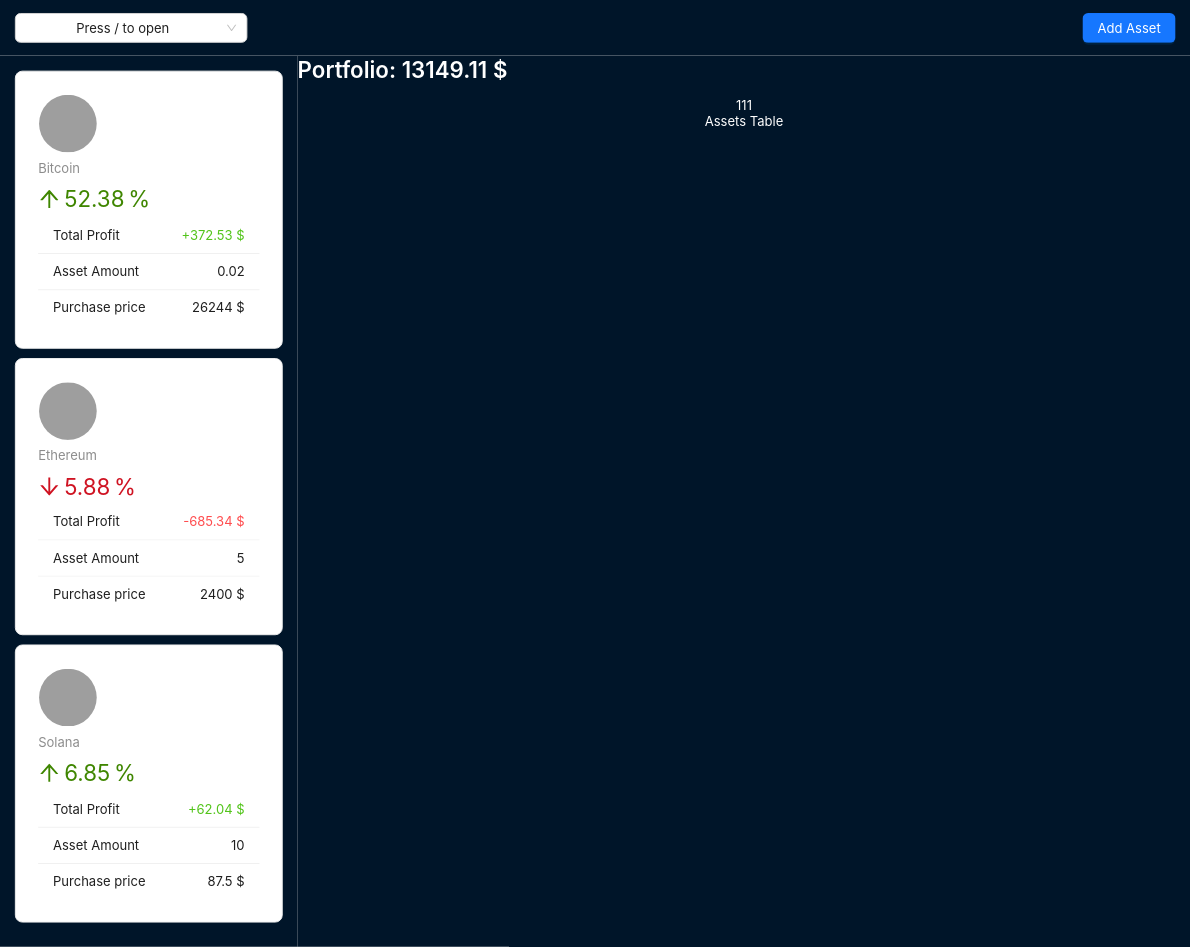
Repository: Vadia23/React-Crypto-App
Page: /
An editor plug-in stored every save of this project. The page is shown before and after the next save, followed by the edit.
The browser window is 1280 px wide. The pictures show the whole page, at 93% of full size.
Pictures or frames that could not be fetched are drawn as grey boxes. The project was rebuilt for these pictures with package versions that can differ from the ones it lists, and the page was loaded fresh each time. Also part of the build but not shown: vite.config.js, src/components/CoinInfo.jsx, src/components/CoinInfoModal.jsx, src/components/AddAssetForm.jsx, src/components/layout/AppConten.jsx.

Above is the page before, as saved 2024-02-28 16:56:19.

### src/App.jsx
import { Layout } from "antd";
import AppHeader from "./components/layout/AppHeader";
import AppSider from "./components/layout/AppSider";
import AppContent from "./components/layout/AppConten";
import { CryptoContextProvider } from "./context/cryptoContext";
import AppLayout from "./components/layout/AppLayout";

export default function App() {
  return (
    <CryptoContextProvider>
      <AppLayout />
    </CryptoContextProvider>
  );
}

### src/components/layout/AppHeader.jsx
import { Button, Layout, Modal, Select, Space, Drawer } from "antd";
import { useCrypto } from "../../context/cryptoContext";
import { useEffect, useState } from "react";
import CoinInfoModal from "../CoinInfoModal";
import AddAssetForm from "../AddAssetForm";

const headerStyle = {
  textAlign: "center",
  color: "#fff",
  height: 60,
  width: "100%",
  padding: "1rem",
  display: "flex",
  justifyContent: "space-between",
  alignItems: "center",
};

export default function AppHeader() {
  const [select, setSelect] = useState(false);
  const [modal, setModal] = useState(false);
  const [drawer, setDrawer] = useState(false);
  const [coin, setCoin] = useState(null);
  const { crypto } = useCrypto();

  function handleSelect(value) {
    setModal(true);
    setCoin(crypto.find((c) => c.id === value));
    // const coin = crypto.findIndex((coin) => coin.id === value);
    // setCoin(crypto[coin]);
  }

  useEffect(() => {
    const keypress = (event) => {
      if (event.key === "/") {
        setSelect((prev) => !prev);
      }
    };

    document.addEventListener("keypress", keypress);
    return () => document.removeEventListener("keypress", keypress);
  }, []);

  return (
    <Layout.Header style={headerStyle}>
      <Select
        open={select}
        // mode="multiple"
        style={{ width: 250 }}
        onClick={() => setSelect((prev) => !prev)}
        value={"Press / to open"}
        onSelect={handleSelect}
        // optionLabelProp="label"
        options={crypto.map((coin) => ({
          label: coin.name,
          value: coin.id,
          icon: coin.icon,
        }))}
        optionRender={(option) => (
          <Space>
            <img
              style={{ width: 20 }}
              src={option.data.icon}
              alt={option.data.label}
            />{" "}
            {option.data.label}
          </Space>
        )}
      />
      <Button type="primary" onClick={() => setDrawer(true)}>
        Add Asset
      </Button>

      <Modal
        open={modal}
        onCancel={() => {
          setModal(false), setCoin(null);
        }}
        footer={null}
      >
        <CoinInfoModal coin={coin} />
      </Modal>

      <Drawer
        width={"40%"}
        title="Add Asset"
        onClose={() => setDrawer(false)}
        open={drawer}
        destroyOnClose
      >
        <AddAssetForm onClose={() => setDrawer(false)} />
      </Drawer>
    </Layout.Header>
  );
}

### src/components/layout/AppSider.jsx
import { Avatar, Card, Layout, List, Statistic, Typography } from "antd";
import { ArrowDownOutlined, ArrowUpOutlined } from "@ant-design/icons";
import { useContext } from "react";
import { capitalize } from "../../utils";
import CryptoContext from "../../context/cryptoContext";

export default function AppSider() {
  const { assets } = useContext(CryptoContext);

  return (
    <Layout.Sider width="25%" style={{ padding: "1rem" }}>
      {assets.map((asset, i) => (
        <Card key={i} style={{ marginBottom: "10px" }}>
          <Avatar size={64} src={asset.icon} style={{ marginBottom: "5px" }} />
          <Statistic
            title={capitalize(asset.id)}
            value={asset.growPercent}
            precision={2}
            valueStyle={{ color: asset.grow ? "#3f8600" : "#cf1322" }}
            prefix={asset.grow ? <ArrowUpOutlined /> : <ArrowDownOutlined />}
            suffix="%"
          />
          <List
            size="small"
            dataSource={[
              {
                title: "Total Profit",
                value: (
                  <Typography.Text type={asset.grow ? "success" : "danger"}>
                    {asset.grow
                      ? "+" + asset.totalProfit + " $"
                      : asset.totalProfit + " $"}
                  </Typography.Text>
                ),
              },
              { title: "Asset Amount", value: asset.amount },
              { title: "Purchase price", value: asset.price + " $" },
            ]}
            renderItem={(item) => (
              <List.Item>
                <span>{item.title}</span>
                {}
                <span>{item.value}</span>
              </List.Item>
            )}
          />
        </Card>
      ))}
    </Layout.Sider>
  );
}

### src/context/cryptoContext.jsx
import { createContext, useContext, useEffect, useState } from "react";
import { fakeFetchCrypto, fetchAssets } from "../api";
import { percentDifference } from "../utils";

const CryptoContext = createContext({
  assets: [],
  crypto: [],
  isLoading: false,
});

export function CryptoContextProvider({ children }) {
  const [isLoading, setIsLoading] = useState(false);
  const [crypto, setCrypto] = useState([]);
  const [assets, setAssets] = useState([]);
  function mapAssets(assets, result) {
    return assets.map((asset) => {
      const coin = result.find((c) => c.id === asset.id);

      return {
        grow: asset.price < coin.price, // boolean for color of statistic
        growPercent: percentDifference(asset.price, coin.price),
        totalAmount: asset.amount * coin.price,
        totalProfit: +(
          asset.amount * coin.price -
          asset.amount * asset.price
        ).toFixed(2),
        icon: coin.icon,
        ...asset,
      };
    });
  }

  useEffect(() => {
    async function preload() {
      setIsLoading(true);
      const { result } = await fakeFetchCrypto();
      const assets = await fetchAssets();

      setCrypto(result);
      setAssets(mapAssets(assets, result));
      setIsLoading(false);
    }
    preload();
  }, []);

  function addAsset(newAsset) {
    return setAssets((prev) => mapAssets([...prev, newAsset], crypto));
  }

  return (
    <CryptoContext.Provider value={{ isLoading, crypto, assets, addAsset }}>
      {children}
    </CryptoContext.Provider>
  );
}

export default CryptoContext;

export function useCrypto() {
  return useContext(CryptoContext);
}

### src/components/layout/AppLayout.jsx
import { Layout, Spin } from "antd";
import AppHeader from "./AppHeader";
import AppSider from "./AppSider";
import AppContent from "./AppContent";
import { useContext } from "react";
import CryptoContext from "../../context/cryptoContext";

export default function AppLayout() {
  const { isLoading } = useContext(CryptoContext);

  if (isLoading) {
    return <Spin spinning={isLoading} fullscreen />;
  }

  return (
    <Layout>
      <AppHeader />
      <Layout>
        <AppSider />
        <AppContent />
      </Layout>
    </Layout>
  );
}

### src/utils.js
export function percentDifference(a, b) {
  return +(100 * Math.abs((a - b) / ((a + b) / 2))).toFixed(2);
}

export function capitalize(str) {
  return str.charAt(0).toUpperCase() + str.substr(1);
}

### src/api.js
import { cryptoAssets, cryptoData } from "./data";

export function fakeFetchCrypto() {
  return new Promise((resolve) => {
    setTimeout(() => {
      resolve(cryptoData);
    }, 1);
  });
}
export function fetchAssets() {
  return new Promise((resolve) => {
    setTimeout(() => {
      resolve(cryptoAssets);
    }, 1);
  });
}

### src/components/layout/AppContent.jsx
import { Layout, Typography } from "antd";
import { useCrypto } from "../../context/cryptoContext";
import PortfolioChart from "../PortfolioChart";
import AssetsTable from "../AssetsTable";

const contentStyle = {
  textAlign: "center",
  minHeight: "calc(100vh - 60px)",
  color: "#fff",
  backgroundColor: "#001529",
};

export default function AppContent() {
  const { assets, crypto } = useCrypto();
  const cryptoPriceMap = crypto.reduce((acc, c) => {
    acc[c.id] = c.price;
    return acc;
  }, {});

  return (
    <Layout.Content style={contentStyle}>
      <Typography.Title level={3} style={{ color: "#fff", textAlign: "left" }}>
        Portfolio:{" "}
        {assets
          .map((asset) => {
            // const coin = crypto.find((c) => c.id === asset.id);
            // return asset.amount * coin.price;
            return asset.amount * cryptoPriceMap[asset.id];
          })
          .reduce((acc, v) => acc + v, 0)
          .toFixed(2)}{" "}
        $
      </Typography.Title>
      <PortfolioChart />
      <AssetsTable />
    </Layout.Content>
  );
}

### src/components/PortfolioChart.jsx
import { Chart as ChartJS, ArcElement, Tooltip, Legend } from "chart.js";
import { Pie } from "react-chartjs-2";

ChartJS.register(ArcElement, Tooltip, Legend);

export const data = {
  labels: ["Red", "Blue", "Yellow", "Green", "Purple", "Orange"],
  datasets: [
    {
      label: "# of Votes",
      data: [12, 19, 3, 5, 2, 3],
      backgroundColor: [
        "rgba(255, 99, 132, 0.2)",
        "rgba(54, 162, 235, 0.2)",
        "rgba(255, 206, 86, 0.2)",
        "rgba(75, 192, 192, 0.2)",
        "rgba(153, 102, 255, 0.2)",
        "rgba(255, 159, 64, 0.2)",
      ],
      borderColor: [
        "rgba(255, 99, 132, 1)",
        "rgba(54, 162, 235, 1)",
        "rgba(255, 206, 86, 1)",
        "rgba(75, 192, 192, 1)",
        "rgba(153, 102, 255, 1)",
        "rgba(255, 159, 64, 1)",
      ],
      borderWidth: 1,
    },
  ],
};

export default function PortfolioChart() {
  return <div>111</div>;
}

### src/components/AssetsTable.jsx
export default function AssetsTable() {
  return <div>Assets Table</div>;
}

Loaded but not shown: index.html (common file); src/main.jsx (common file); src/index.css (common file); src/data.js (631 lines, source omitted)

After the next save:
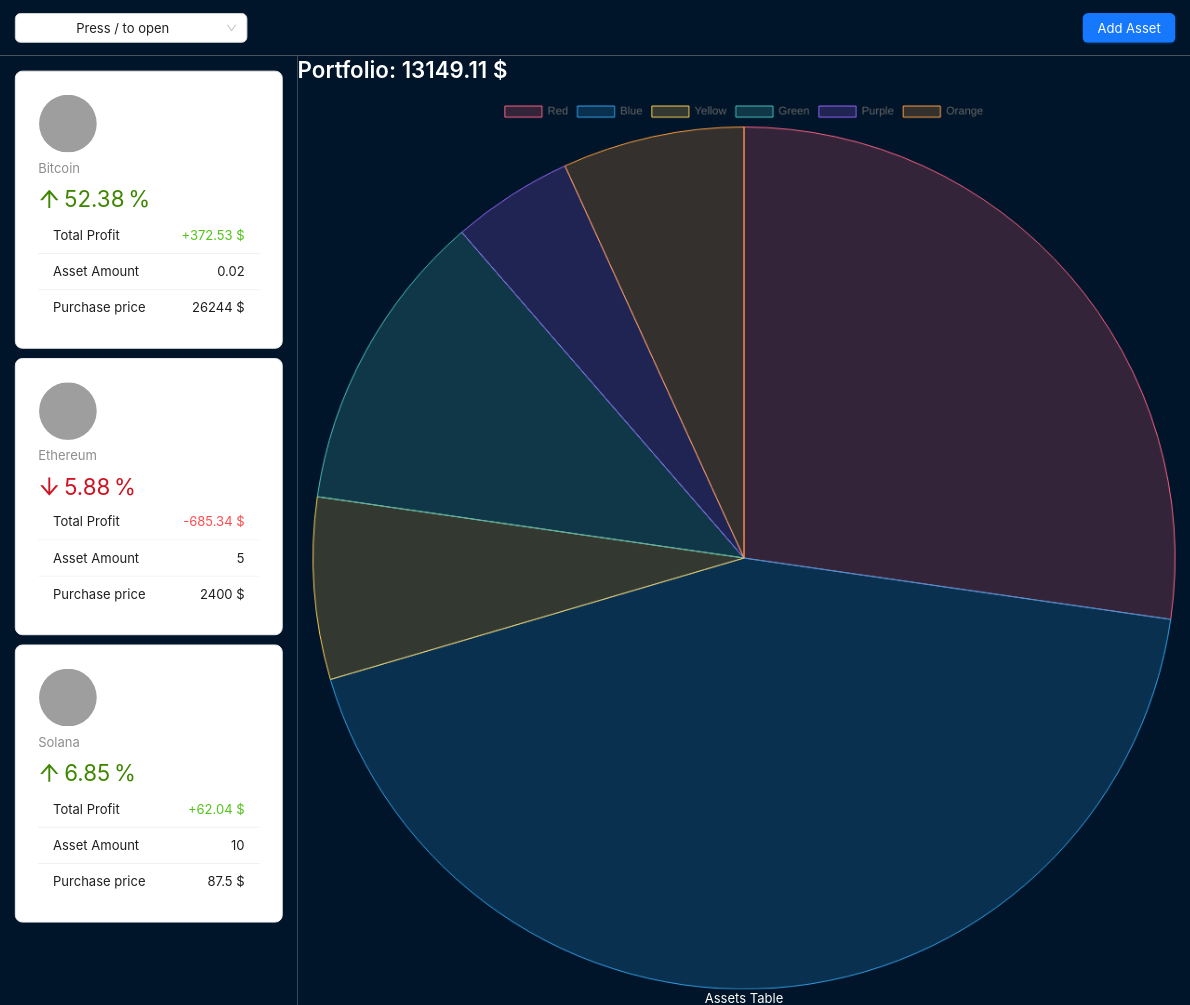
Saved 18 s later.
--- a/src/components/PortfolioChart.jsx
+++ b/src/components/PortfolioChart.jsx
@@ -31,5 +31,5 @@
 };
 
 export default function PortfolioChart() {
-  return <div>111</div>;
+  return <Pie data={data} />;
 }
